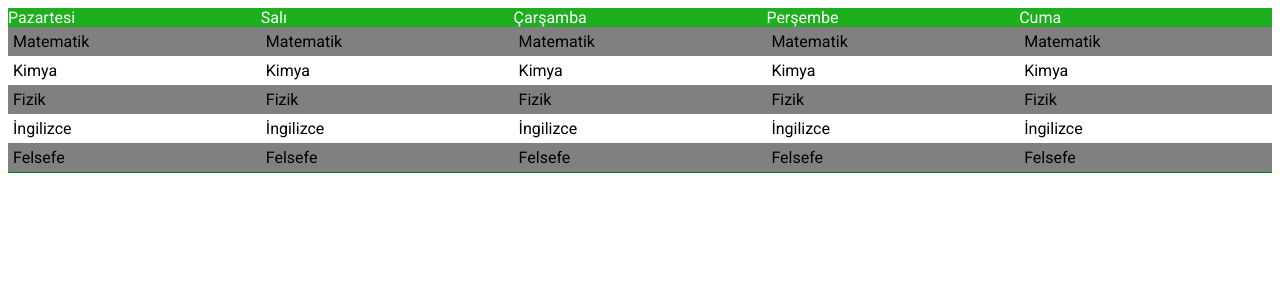
Repository: ahmetbugraozcan/css-ders-programi
Page: deneme.html
The author's editor kept a copy of each file at every save. The page is drawn from the files as they stood at one save, then again after the next save.
The browser window is 1280 px wide. The pictures show the whole page.

Above is the page before, as saved 2021-07-10 09:38:43.

### deneme.html
<!DOCTYPE html>
<html lang="en">

<head>
    <link href='http://fonts.googleapis.com/css?family=Roboto' rel='stylesheet' type='text/css'>

    <meta charset="UTF-8">
    <meta http-equiv="X-UA-Compatible" content="IE=edge">
    <meta name="viewport" content="width=device-width, initial-scale=1.0">
    <title>Document</title>
</head>
<style>

body {
          font-family: 'Roboto', sans-serif;

        }

    header {
        background-color: rgb(29, 175, 29);
        color: white;
    }

    header,
    .row {
        display: flex;
        /* aligns all child elements (flex items) in a row */
    }

    .col :nth-of-type(odd){
        background-color:grey ;
    }
    .col :last-child {
        border-bottom: 1px solid green;
    }
    .col > div{
        padding: 5px;

    }

    .col {
        flex: 1;
        /* distributes space on the line equally among items */
    }
</style>

<body>

    <header>
        <div class="col">Pazartesi</div>
        <div class="col">Salı</div>
        <div class="col">Çarşamba</div>
        <div class="col">Perşembe</div>
        <div class="col">Cuma</div>
    </header>
    <div class="row">
        <div class="col">
            <div>Matematik</div>
            <div>Kimya</div>
            <div>Fizik</div>
            <div>İngilizce</div>
            <div>Felsefe</div>
        </div>
        <div class="col"><div>Matematik</div><div>Kimya</div>
            <div>Fizik</div>
            <div>İngilizce</div>
            <div>Felsefe</div>
        </div>
        <div class="col"><div>Matematik</div>
            <div>Kimya</div>
            <div>Fizik</div>
            <div>İngilizce</div>
            <div>Felsefe</div>
        </div>
        <div class="col"><div>Matematik</div><div>Kimya</div>
            <div>Fizik</div>
            <div>İngilizce</div>
            <div>Felsefe</div>
        </div>
        <div class="col"><div>Matematik</div>
            <div>Kimya</div>
            <div>Fizik</div>
            <div>İngilizce</div>
            <div>Felsefe</div>
        </div>
    </div>
</body>

</html>

After the next save:
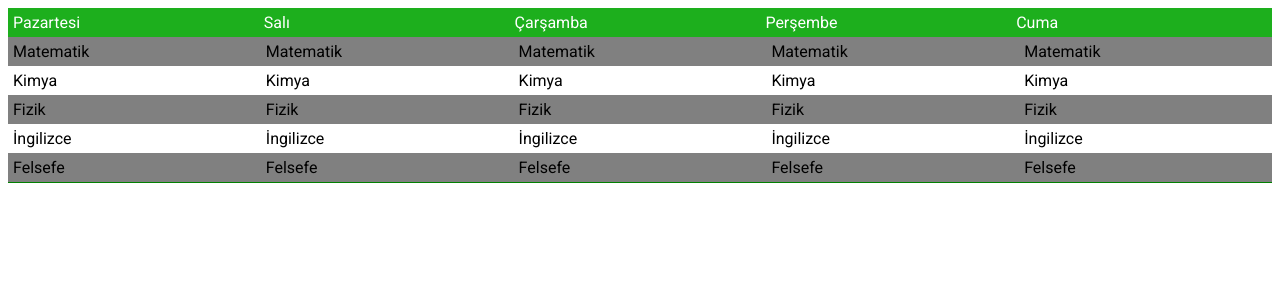
Saved 18 s later.
--- a/deneme.html
+++ b/deneme.html
@@ -33,9 +33,8 @@ body {
     .col :last-child {
         border-bottom: 1px solid green;
     }
-    .col > div{
+    .col > div, header{
         padding: 5px;
-
     }
 
     .col {
